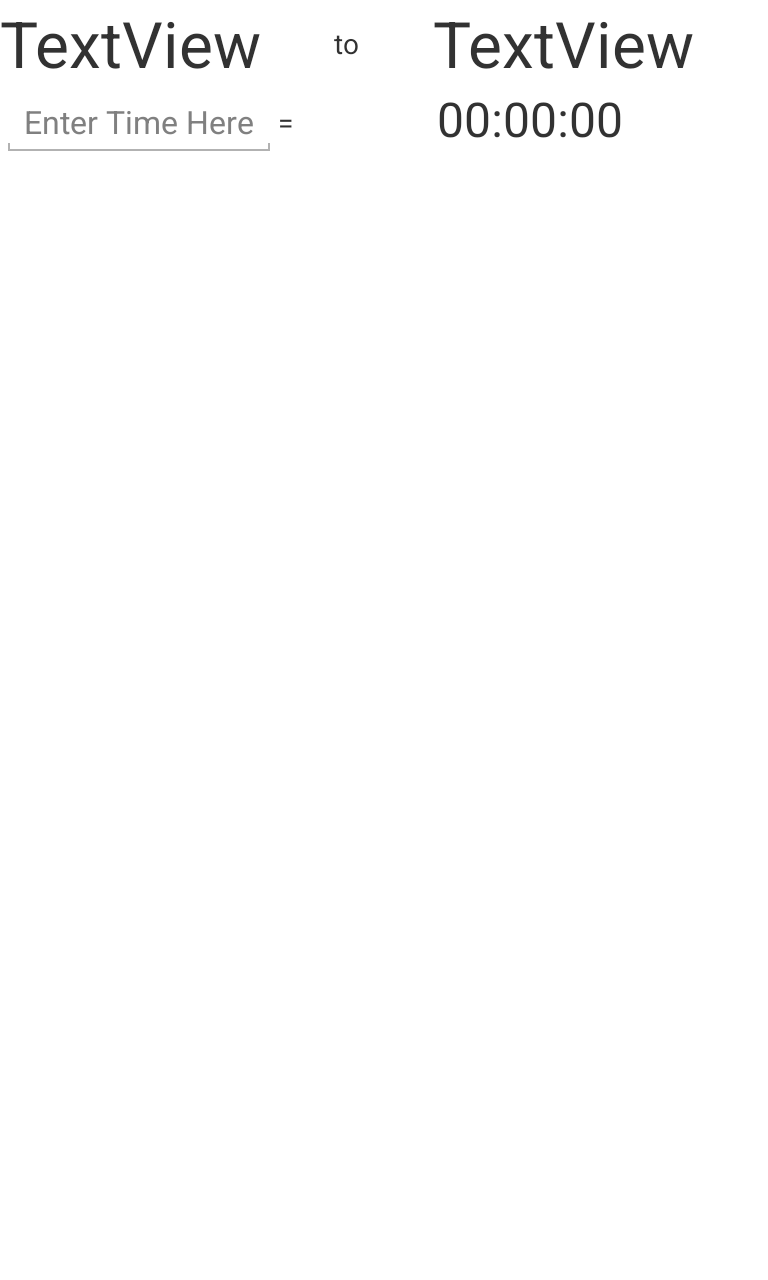
Repository: downinew/AndroidCoachesRaceTimer
Layout: CoachesRaceTimer/res/layout/convert_dialog.xml
An editor plug-in stored every save of this project. The layout is shown before and after the next save, followed by the edit.
It is drawn on a 768 x 1280 px phone screen (xhdpi) without system bars, with theme AppTheme; the app's code is not run.

Above is the layout before, as saved 2015-02-19 02:26:42.

After the next save:
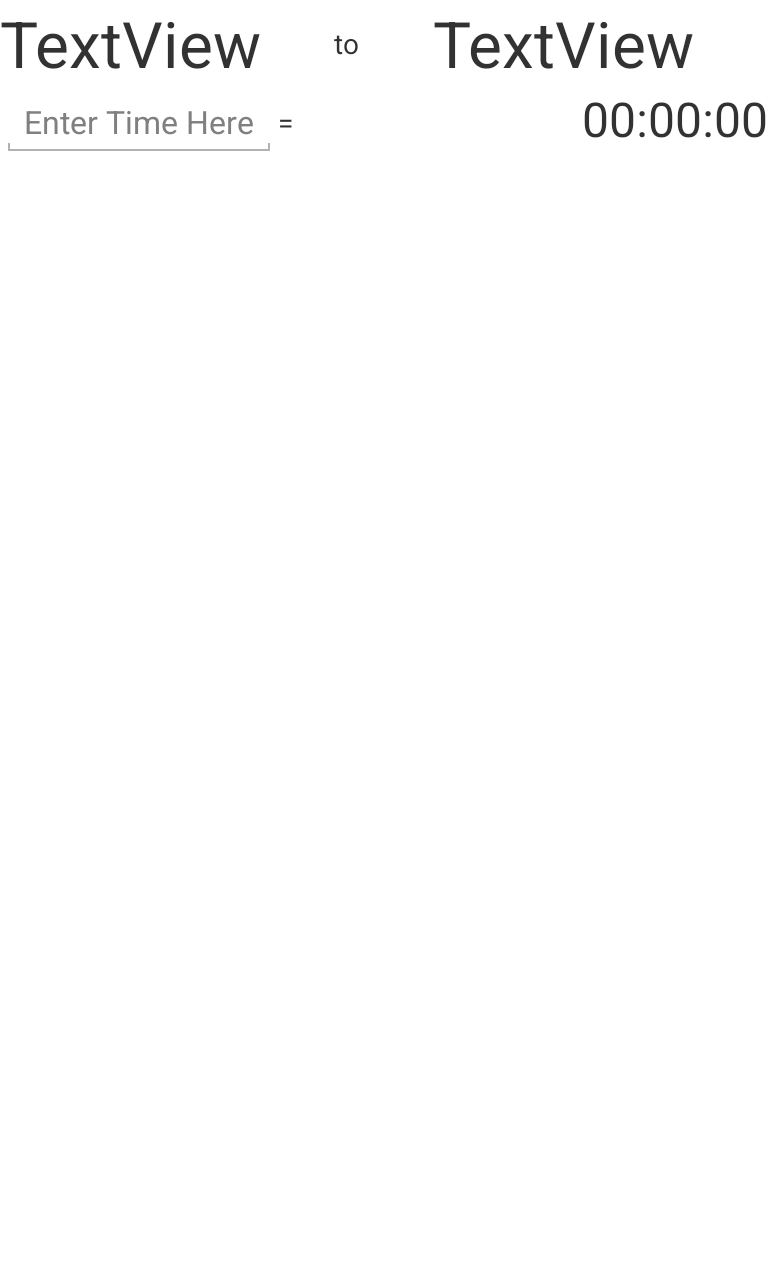
Saved 28 s later.
--- a/CoachesRaceTimer/res/layout/convert_dialog.xml
+++ b/CoachesRaceTimer/res/layout/convert_dialog.xml
@@ -61,7 +61,7 @@
             android:id="@+id/convertTime2"
             android:layout_width="wrap_content"
             android:layout_height="wrap_content"
-            android:layout_gravity="right"
+            android:gravity="right"
             android:text="00:00:00"
             android:layout_weight="1"
             android:textSize="24sp" />
